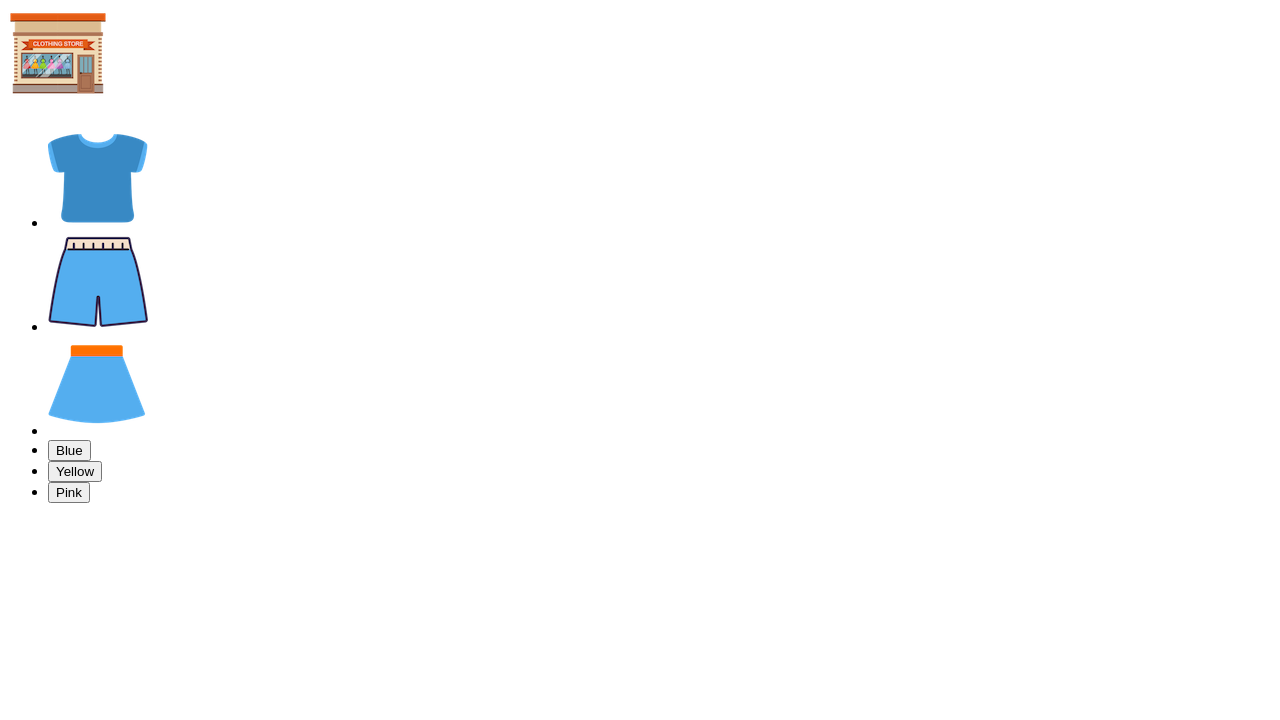
Repository: keehoonjung/Shoppingmall-Game
Page: index.html
The author's editor kept a copy of each file at every save. The page is drawn from the files as they stood at one save, then again after the next save.
The browser window is 1280 px wide. The pictures show the whole page.

Above is the page before, as saved 2021-08-12 13:17:18.

### index.html
<!DOCTYPE html>
<html lang="en">
<head>
    <meta charset="UTF-8">
    <meta http-equiv="X-UA-Compatible" content="IE=edge">
    <meta name="viewport" content="width=device-width, initial-scale=1.0">
    <title>Shoppingamll Game</title>
    <link rel="stylesheet" href="style.css">
    <script src="main.js" defer></script>
</head>
<body>
    <header>
        <img src="./imgs/logo.png" alt="header" class="header__logo">
    </header>
    <ul class="filter">
        <li>
            <img src="./imgs/blue_t.png" alt="shirt" class="shirt">
        </li>
        <li>
            <img src="./imgs/blue_p.png" alt="pants" class="pants">
        </li>
        <li>
            <img src="./imgs/blue_s.png" alt="" class="skirts">
        </li>
        <li>
            <button class="blue">
                Blue
            </button>
        </li>
        <li>
            <button class="yellow">
                Yellow
            </button>
        </li>
        <li>
            <button class="pink">
                Pink
            </button>
        </li>
    </ul>
</body>
</html>

Loaded but not shown: main.js (no copy from this time; the picture is the same without it); style.css (no copy from this time; the picture is the same without it)

After the next save:
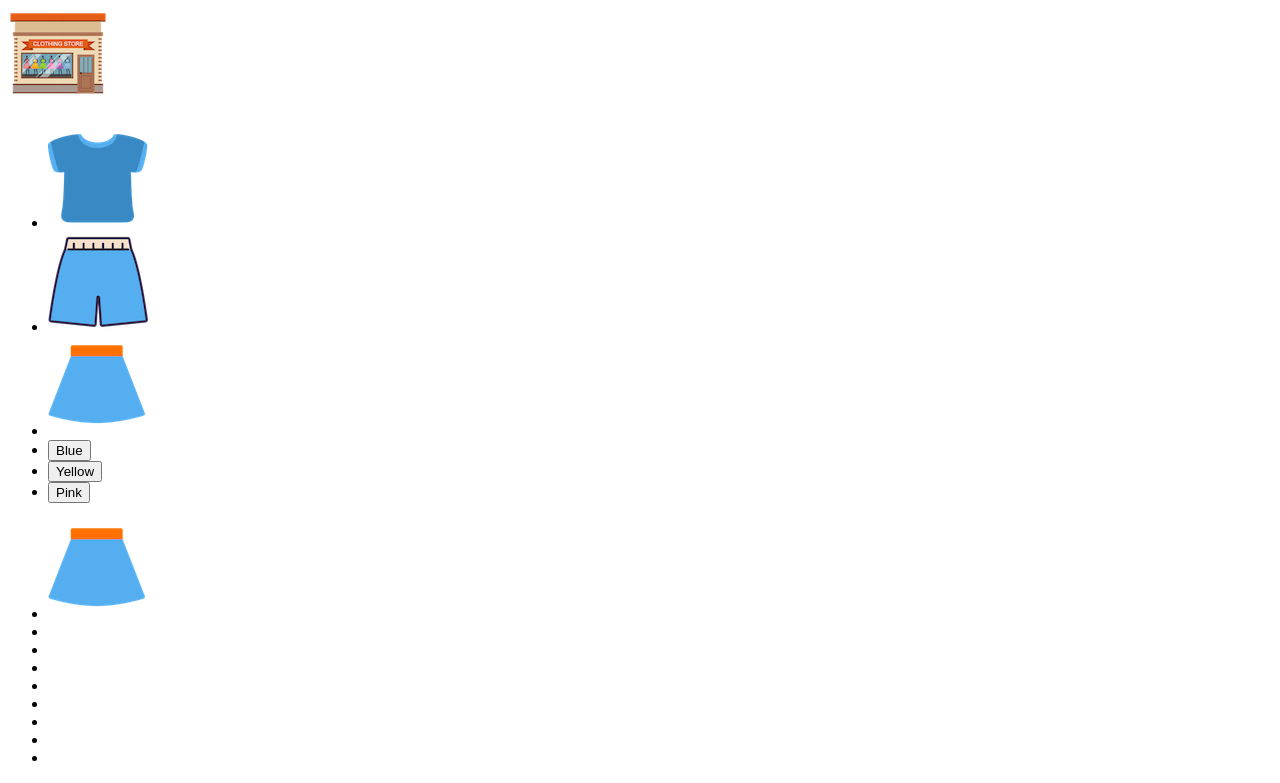
Saved 2 min 40 s later.
--- a/index.html
+++ b/index.html
@@ -38,5 +38,19 @@
             </button>
         </li>
     </ul>
+    <ul class="items">
+        <li class="item">
+            <img src="./imgs/blue_s.png" alt="blueshirt">
+            <span></span>
+        </li>
+        <li class="item"><span></span></li>
+        <li class="item"><span></span></li>
+        <li class="item"><span></span></li>
+        <li class="item"><span></span></li>
+        <li class="item"><span></span></li>
+        <li class="item"><span></span></li>
+        <li class="item"><span></span></li>
+        <li class="item"><span></span></li>
+    </ul>
 </body>
 </html>
